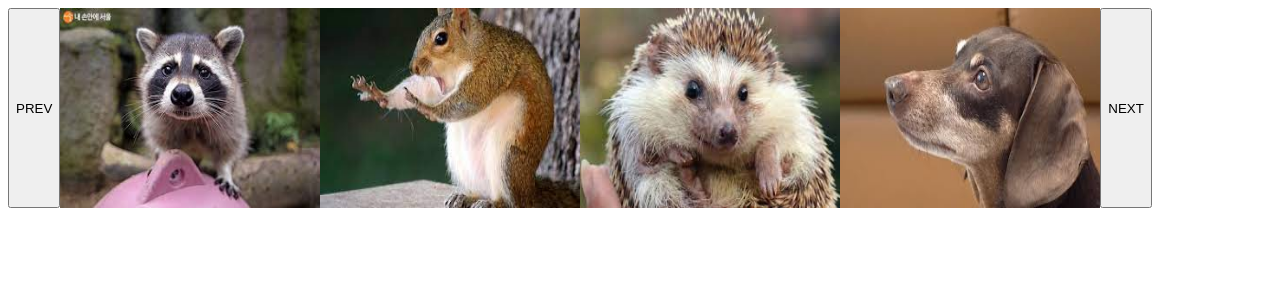
Repository: cdj6995/Web
Page: Lecture-Web/src/main/webapp/jquery/exam07.html
An editor plug-in stored every save of this project. The page is shown before and after the next save, followed by the edit.
The browser window is 1280 px wide. The pictures show the whole page.
After loading, the first visible `#preBtn` was clicked once.

Above is the page before, as saved 2022-05-31 01:00:59.

After the next save:
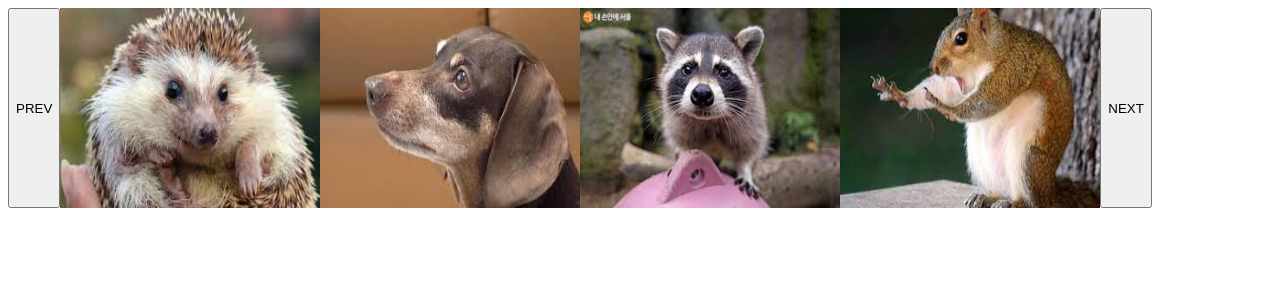
Saved 88 s later.
--- a/Lecture-Web/src/main/webapp/jquery/exam07.html
+++ b/Lecture-Web/src/main/webapp/jquery/exam07.html
@@ -22,11 +22,11 @@
 		$(document).ready(function() {
 
 			$('#preBtn').click(function() {
-				$('img').last().prependTo('span')
+				$('img').first().appendTo('span')
 			})
 
 			$('#nextBtn').click(function() {
-				$('img').first().appendTo('span')
+				$('img').last().prependTo('span')
 			})
 		})
 	</script>
